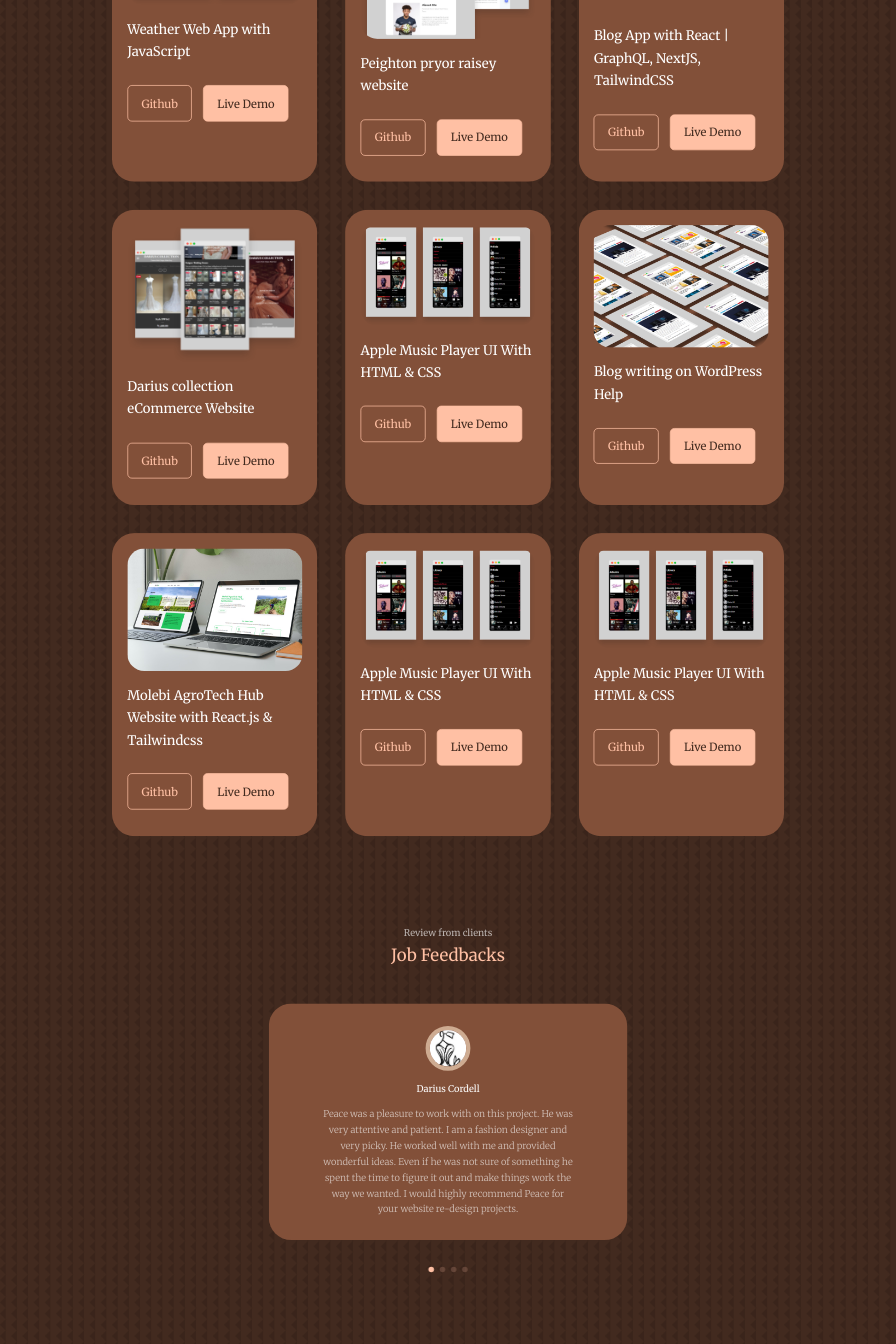
Repository: akinolapo/akinolapo-react
Page: /
The author's editor kept a copy of each file at every save. The page is drawn from the files as they stood at one save, then again after a run of saves.
The browser window is 1280 px wide. The pictures show the part of the page from y = 3331 to 5251 px (the page is 6503 px tall), at 70% of full size.
The project was rebuilt for these pictures with package versions that can differ from the ones it lists, and the page was loaded fresh each time.

Above is the page before, as saved 2023-06-12 16:02:07.

After the next 2 saves:
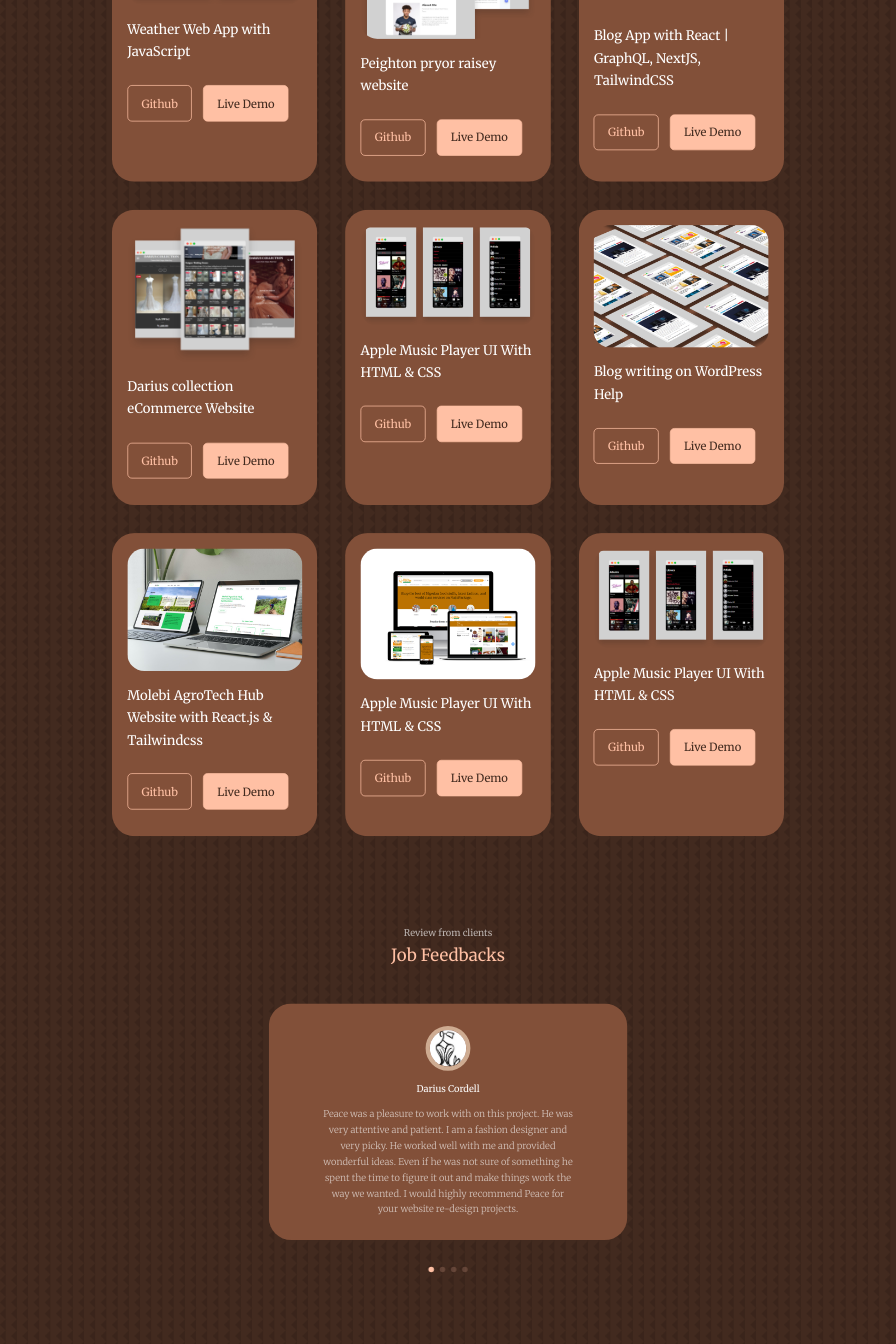
The 2 saves are shown as one change because they came seconds apart.
The last was saved 9 min 36 s later.
--- a/src/components/portfolio/portfolio.jsx
+++ b/src/components/portfolio/portfolio.jsx
@@ -55,7 +55,7 @@ const data =[
 },
 {
   id: 8,
-  image: process.env.PUBLIC_URL+`assets/portfolio6.png`,
+  image: process.env.PUBLIC_URL+`assets/portfolio8.jpg`,
   title: 'Apple Music Player UI With HTML & CSS',
   github: 'https://github.com/akinolapo/ios-music-player',
   demo: 'https://ios-music-player.netlify.app/'
